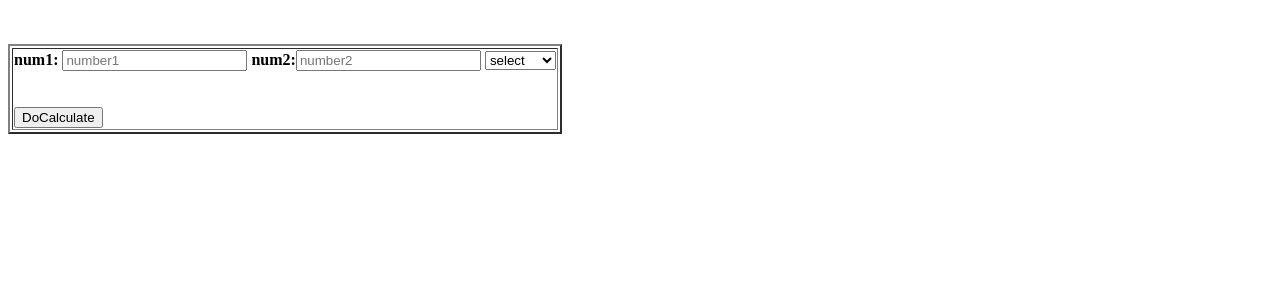
Repository: ravikumar0303/Advance-Java
Page: JSPCalculator/src/main/webapp/calculator.html
These files come from the project's save history. The page is drawn as it stood at one moment and after the next save; the edit follows.
The browser window is 1280 px wide. The pictures show the whole page.

Above is the page before, as saved 2023-06-24 11:19:29.

After the next save:
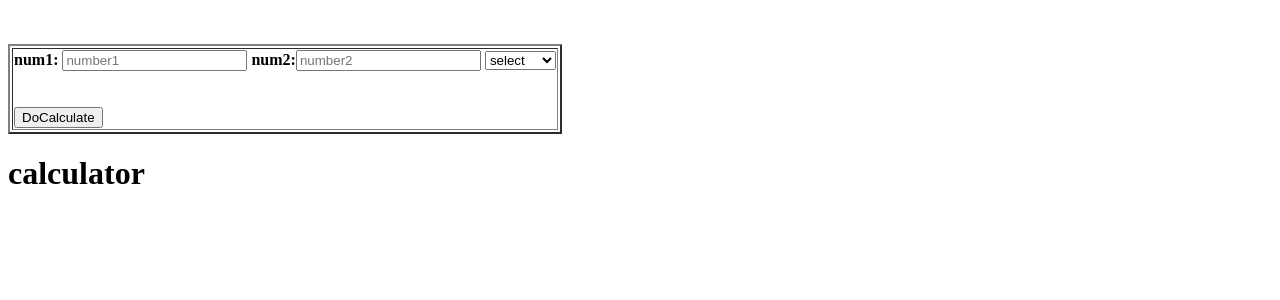
Saved 53 s later.
--- a/JSPCalculator/src/main/webapp/calculator.html
+++ b/JSPCalculator/src/main/webapp/calculator.html
@@ -30,7 +30,7 @@
 			</tr>
 		</table>
 	</div>
-
+	<h1>calculator</h1>
 
 
 
